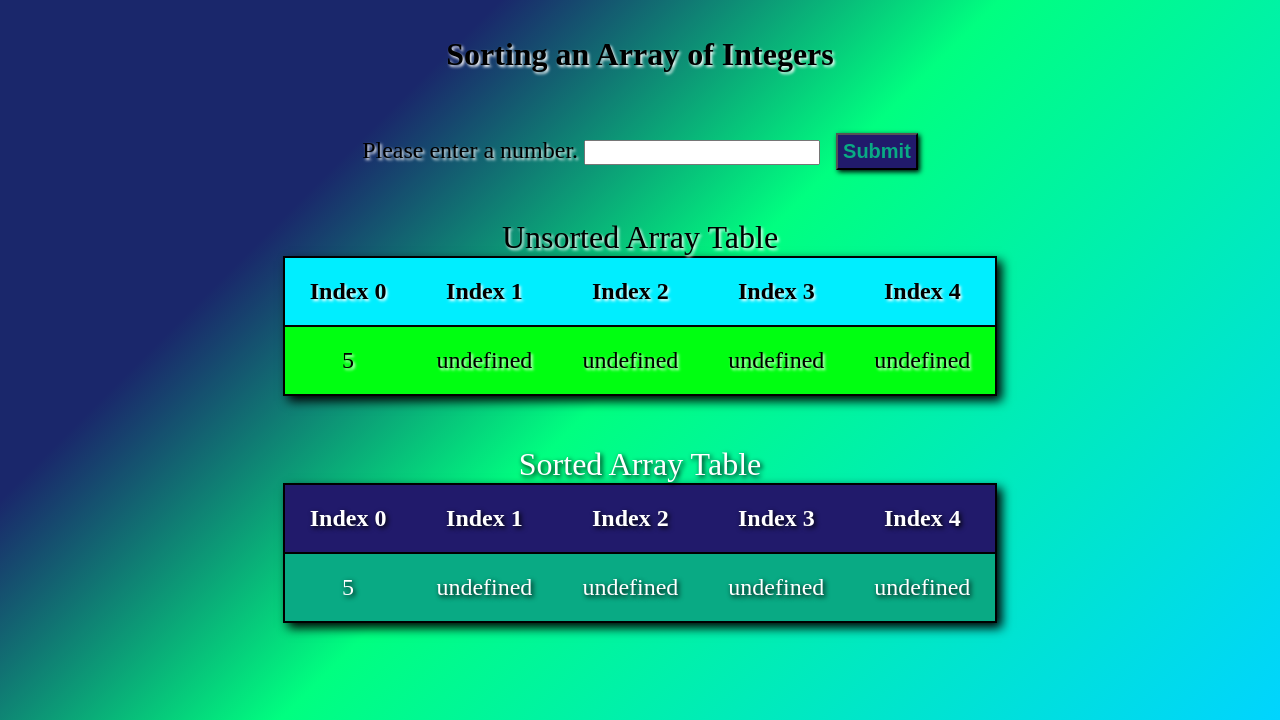
Repository: mlmEFSC21/P16-Sorting-Integers
Page: sort.html
An editor plug-in stored every save of this project. The page is shown before and after the next save, followed by the edit.
The browser window is 1280 px wide. The pictures show the whole page.
Empty fields were first filled with sample values (such as "Sample", 5 or name@example.com).
After loading, the first visible `#inputForm` was submitted once.

Above is the page before, as saved 2022-03-28 18:46:27.

After the next save:
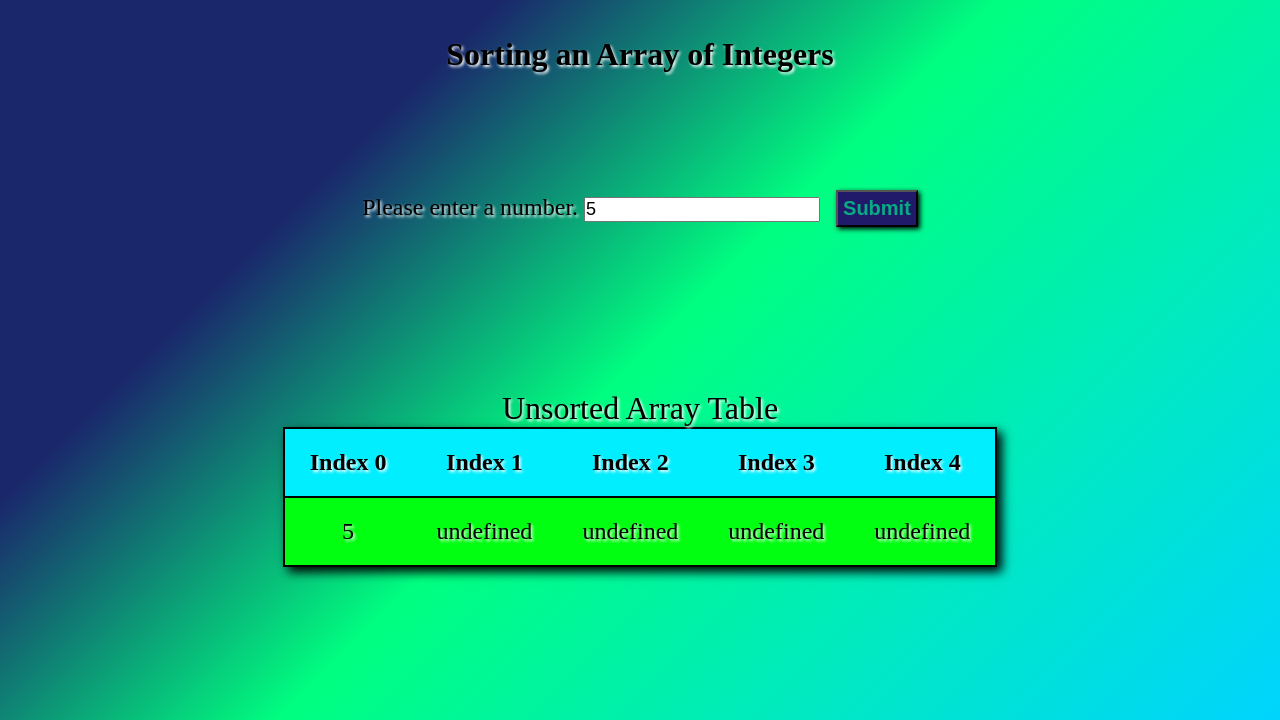
Console error: ReferenceError: sortedArray is not defined
Saved 62 s later.
--- a/sort.js
+++ b/sort.js
@@ -6,6 +6,7 @@
     e.preventDefault();
     unsortedArray.push(inputNum.value);
     createUnsortedTable();
+    const sortedArray = unsortedArray.sort((a, b) => a - b);
     createSortedTable();
     inputNum.value = "";
 }
@@ -46,7 +47,7 @@
     arrayContainer.append(unsortedTable);
 }
 //arrow function to sort the unsorted array.
-const sortedArray = unsortedArray.sort((a, b) => a - b);
+// const sortedArray = unsortedArray.sort((a, b) => a - b);
 function createSortedTable() {
     //fill the table with other elements using template literals
     sortedTable.innerHTML = `

After the save that followed:
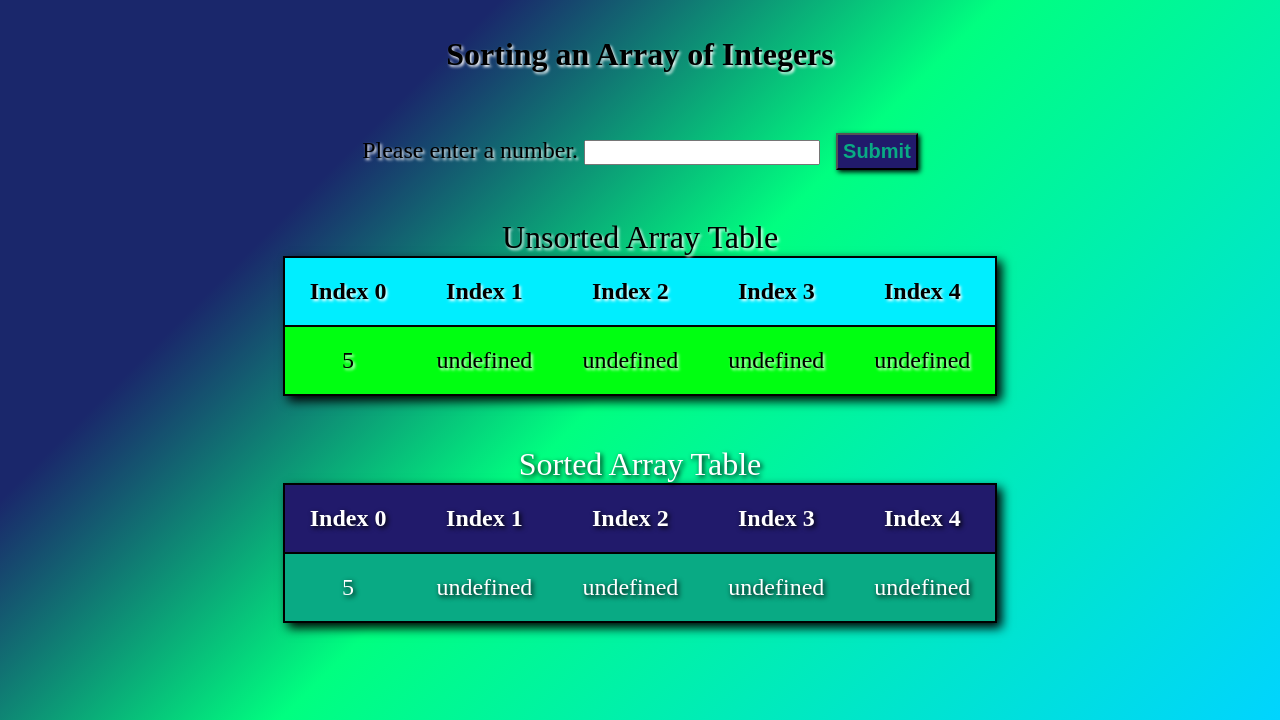
Saved 110 s later.
--- a/sort.js
+++ b/sort.js
@@ -6,7 +6,7 @@
     e.preventDefault();
     unsortedArray.push(inputNum.value);
     createUnsortedTable();
-    const sortedArray = unsortedArray.sort((a, b) => a - b);
+
     createSortedTable();
     inputNum.value = "";
 }
@@ -49,6 +49,7 @@
 //arrow function to sort the unsorted array.
 // const sortedArray = unsortedArray.sort((a, b) => a - b);
 function createSortedTable() {
+    const sortedArray = unsortedArray.sort((a, b) => a - b);
     //fill the table with other elements using template literals
     sortedTable.innerHTML = `
 <caption>
@@ -75,12 +76,3 @@
 }
 console.log(unsortedArray);
 console.log(sortedArray);
-
-// prettier-ignore;
-// document.getElementById(
-//     "unsorted"
-// ).innerText = `${unsortedArray[0]} ${unsortedArray[1]} ${unsortedArray[2]} ${unsortedArray[3]} ${unsortedArray[4]} `;
-
-// // prettier-ignore
-// document.getElementById("sorted").innerText =
-// `${sortedArray[0]} ${sortedArray[1]} ${sortedArray[2]} ${sortedArray[3]} ${sortedArray[4]} `;
